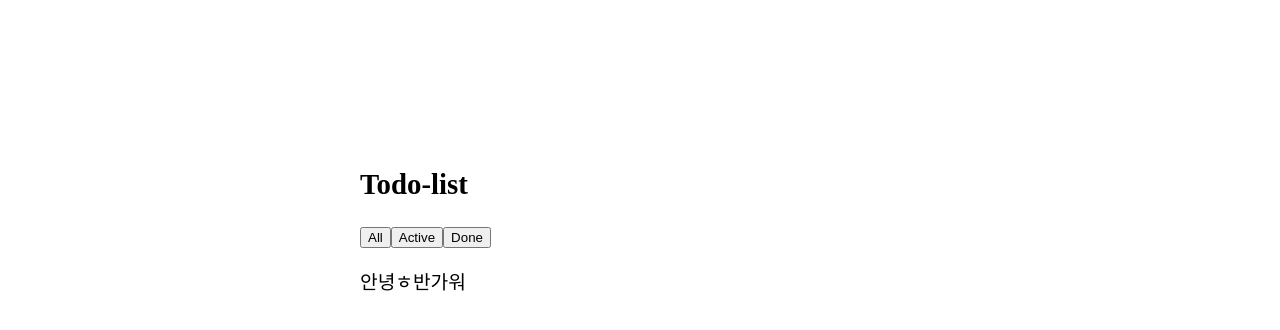
Repository: Yugayoung/todoList
Page: /
The author's editor kept a copy of each file at every save. The page is drawn from the files as they stood at one save, then again after the next save.
The browser window is 1280 px wide. The pictures show the whole page.
Some web fonts or font styles are not loaded; a fallback is used. The project was rebuilt for these pictures with package versions that can differ from the ones it lists, and the page was loaded fresh each time. Also part of the build but not shown: src/App.css.

Above is the page before, as saved 2024-03-21 00:57:13.

After the next save:
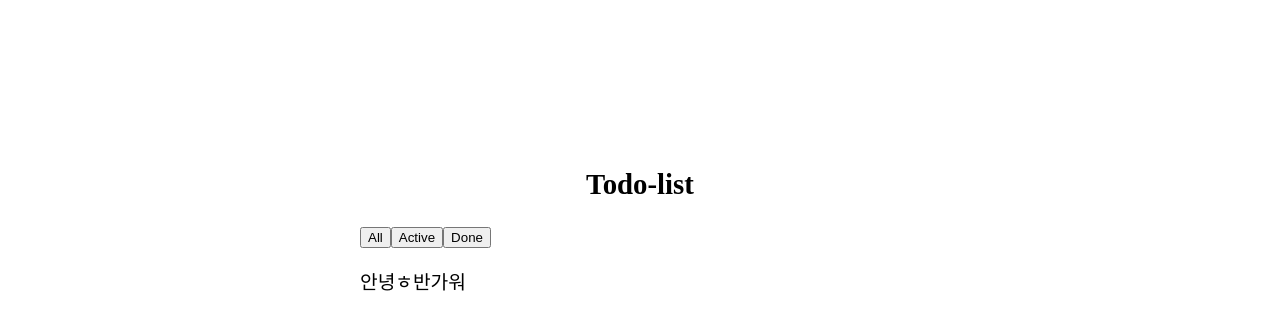
Saved 9 s later.
--- a/src/pages/todo.jsx
+++ b/src/pages/todo.jsx
@@ -10,7 +10,7 @@ export default function Todo() {
     <>
       <section>
         {/* 할일 state */}
-        <h2>Todo-list</h2>
+        <Title>Todo-list</Title>
         <div>
           <button>All</button>
           <button>Active</button>
